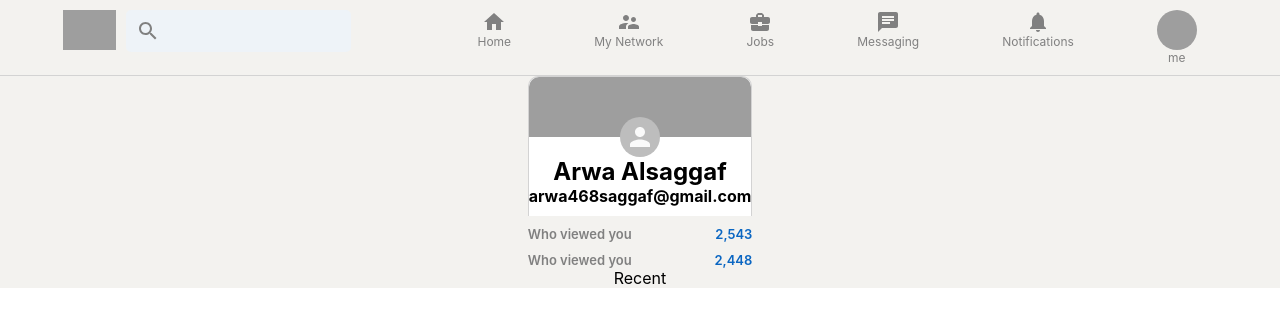
Repository: MEROO1010/linkedIn-clone-
Page: /
These files come from the project's save history. The page is drawn as it stood at one moment and after the next save; the edit follows.
The browser window is 1280 px wide. The pictures show the whole page.
Pictures or frames that could not be fetched are drawn as grey boxes. The project was rebuilt for these pictures with package versions that can differ from the ones it lists, and the page was loaded fresh each time.

Above is the page before, as saved 2023-12-02 10:44:52.

After the next save:
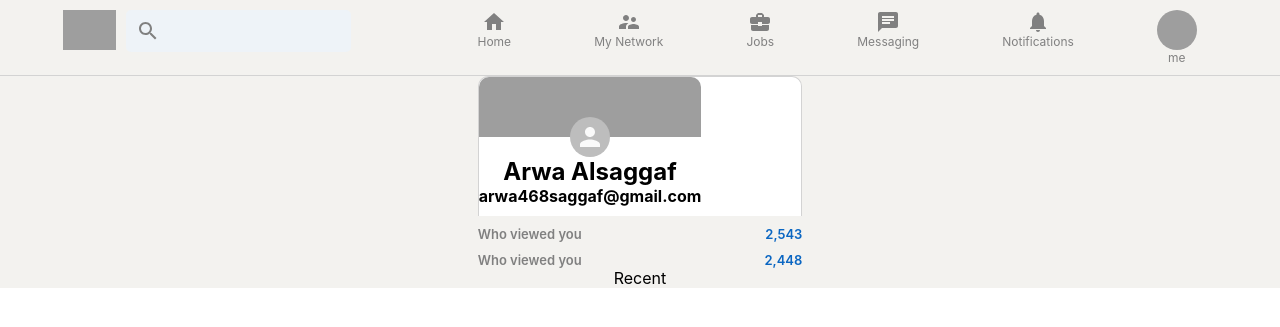
Saved 9 s later.
--- a/src/Sidebar.css
+++ b/src/Sidebar.css
@@ -21,7 +21,7 @@
     border-top-right-radius:10px ;
     background-color: white;
     padding-bottom: 10px;
-    right: 100px;
+    padding-right: 100px;
 }
 
 .sidebar__top > img {
